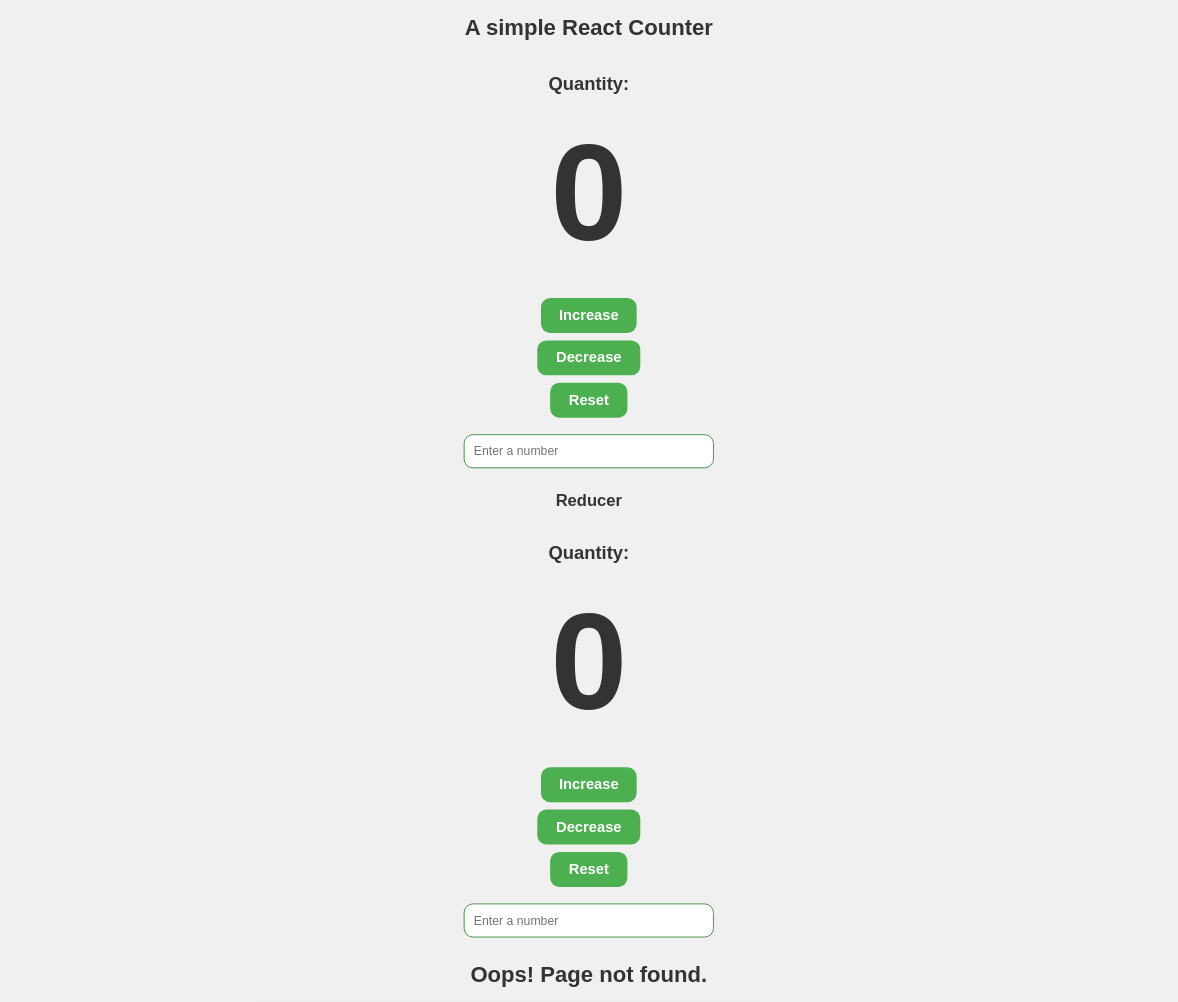
Repository: qudos4real/altschool-second-sem
Page: /
The author's editor kept a copy of each file at every save. The page is drawn from the files as they stood at one save, then again after the next save.
The browser window is 1280 px wide. The pictures show the whole page, at 92% of full size.
The project was rebuilt for these pictures with package versions that can differ from the ones it lists, and the page was loaded fresh each time. Also part of the build but not shown: src/App.css, src/Components/ErrorBoundary.js.

Above is the page before, as saved 2022-11-04 15:22:18.

### src/App.js
import React from 'react';
import Counter from './Components/Counter';
import './App.css';
import Reducer from './Components/Reducer';
import Home from './Components/Home';
import NotFound from './Components/NotFound';
import ErrorBoundary from './Components/ErrorBoundary';
import { BrowserRouter as Router, Route, Routes, Link } from 'react-router-dom';



function App() {
  return (
    <>
    <Home />
    <Counter />
    <Reducer />
    <NotFound />
    <ErrorBoundary />

    </>

    // <Router>
    //   <ErrorBoundary >
    //   <nav>
    //     <Link to="/">Home</Link>
    //     <Link to="counter">Counter</Link>
    //     <Link to="reducer">Reducer</Link>
    //     <Link to="ErrorBoundary">ErrorBoundary</Link>
    //     </nav>
    //   <Routes>
    //     <Route path="/" element={<Home />} />
    //     <Route path="/counter" element={<Counter />} />
    //     <Route path="/reducer" element={<Reducer />} />
    //     <Route path="ErrorBoundary" element={<ErrorBoundary />} />
    //     <Route path="*" element={<NotFound />} />
    //   </Routes>
    //   </ErrorBoundary>
    // </Router>
  )
}

export default App

### src/Components/Counter.js
import React from "react";
import { useCounter } from "../hooks/useCounter";
import "../CSS/Counter.css";

function Counter() {
  const quantity = useCounter(0);
  return (
    <div className="container">
      <h3 className="label ">Quantity: </h3>
      <h3 className="value ">{quantity.count} </h3>
      <br />
      <div>
        <button className="btn " onClick={quantity.increment}>
          Increase
        </button>
        <button className="btn " onClick={quantity.decrement}>
          Decrease
        </button>
        <button className="btn " onClick={quantity.reset}>
          Reset
        </button>
      </div>
      <br />
      <input placeholder="Enter a number" className="input "
        type="number"
        onChange={(e) => quantity.setValue(e.target.value)}
      />
    </div>
  );
}

export default Counter;

### src/Components/Reducer.js
import React from "react";
import { useReducer } from "react";
import { reducer } from "../hooks/reducer.1";
import "../CSS/Counter.css"

function Reducer() {
  const [state, dispatch] = useReducer(reducer, { count: 0 });
  return (
    <div className="container">
      <h2>Reducer</h2>

      <h3 className="label "> Quantity: </h3>
      <h3 className="value ">{state.count}</h3>
      <br />
      <div>
      <button className="btn " onClick={() => dispatch({ type: "increment" })}>Increase</button>
      <button className="btn " onClick={() => dispatch({ type: "decrement" })}>Decrease</button>
      <button className="btn " onClick={() => dispatch({ type: "reset" })}>Reset</button>
      </div>
      <br />
      <input
        type="number" placeholder="Enter a number" className="input "
        onMouseLeave={(e) => dispatch({ type: "setValue", value: e.target.value })}
      />
    </div>
  );
}

export default Reducer;

### src/Components/Home.js
import React from "react";
import { Outlet } from "react-router-dom";

function Home() {
  return (
    <div>
      <h1>A simple React Counter</h1>
        <Outlet />

    </div>
  );
}

export default Home;

### src/Components/NotFound.js
import React from 'react'

const NotFound = () => {
    return (
        <div>
            <h1>
            Oops! Page not found.
            </h1>
        </div>
    )
}

export default NotFound

### src/hooks/useCounter.js
import { useState } from "react";

export const useCounter = (initialValue) => {
    const [count, setCount] = useState(initialValue);
    const increment = () => {
        setCount(count + 1);
    };
    const decrement = () => {
        count > 0 && setCount(count - 1);
    };
    const reset = () => {
        setCount(initialValue);
    };
    const setValue = (value) => {
        setCount(value);
    };
    return { count, increment, decrement, reset, setValue };
};

### src/CSS/Counter.css
body {
    background-color: #f0f0f0;
    font-family: Arial, Helvetica, sans-serif;
    font-size: 12px;
    color: #333;
    margin: 0;
    padding: 0;
    box-sizing: border-box;
}
.container{
    width: 50%;
    max-width: 500px;
    margin: 0 auto;
    padding: 0 20px;
    display: flex;
    justify-content: center;
    align-items: center;
    flex-direction: column;

}
.btn {
    background-color: #4CAF50;
    border: none;
    color: white;
    padding: 10px 20px;
    text-align: center;
    text-decoration: none;
    display: inline-block;
    font-size: 16px;
    margin: 4px 2px;
    cursor: pointer;
    border-radius: 10px;
    font-weight: bold;
}
.btn:hover {
    background-color: #3e8e41;
}
.input{
    width: 50%;
    max-width: 500px;
    padding: 10px;
    border: 1px solid #3e8e41;
    border-radius: 10px;
    margin-bottom: 10px;
}
.label{
    font-size: 20px;
    font-weight: bold;
    margin-bottom: 10px;

}
.value{
    font-size: 150px;
    font-weight: bold;
    margin-bottom: 10px;
    margin-top: 10px;

    }
    div{
        display: flex;
        justify-content: center;
        align-items: center;
        flex-direction: column;
    }

### src/hooks/reducer.1.js
export function reducer(state, action) {
    switch (action.type) {
        case "increment":
            return { count: state.count + 1 };
        case "decrement":
            return { count: state.count - 1 };
        case "reset":
            return { count: 0 };
        case "setValue":
            return { count: action.value };
        default:
            return state;
    }
}

Loaded but not shown: public/index.html (common file); src/index.js (common file); src/index.css (common file); src/reportWebVitals.js (common file)

After the next save:
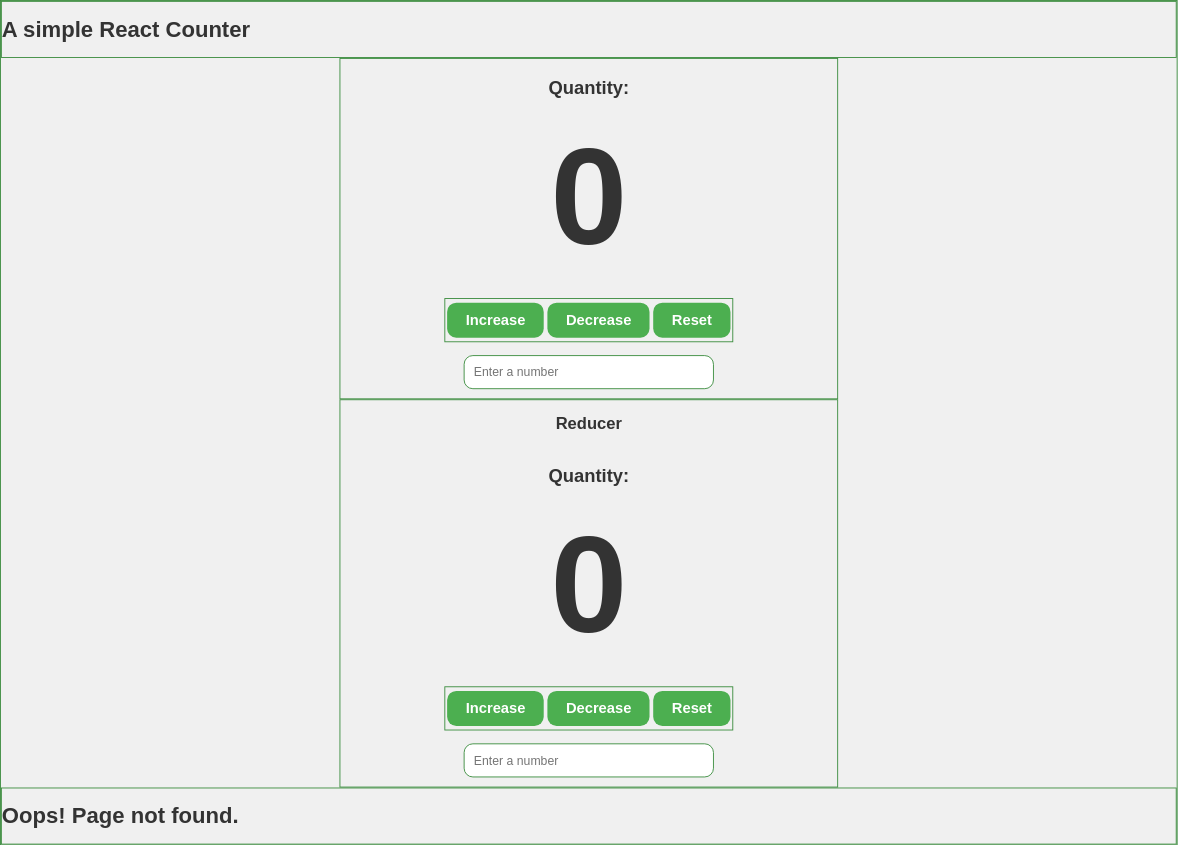
Saved 15 s later.
--- a/src/CSS/Counter.css
+++ b/src/CSS/Counter.css
@@ -57,8 +57,5 @@ body {
 
     }
     div{
-        display: flex;
-        justify-content: center;
-        align-items: center;
-        flex-direction: column;
+       border: 1px solid #3e8e41;
     }
